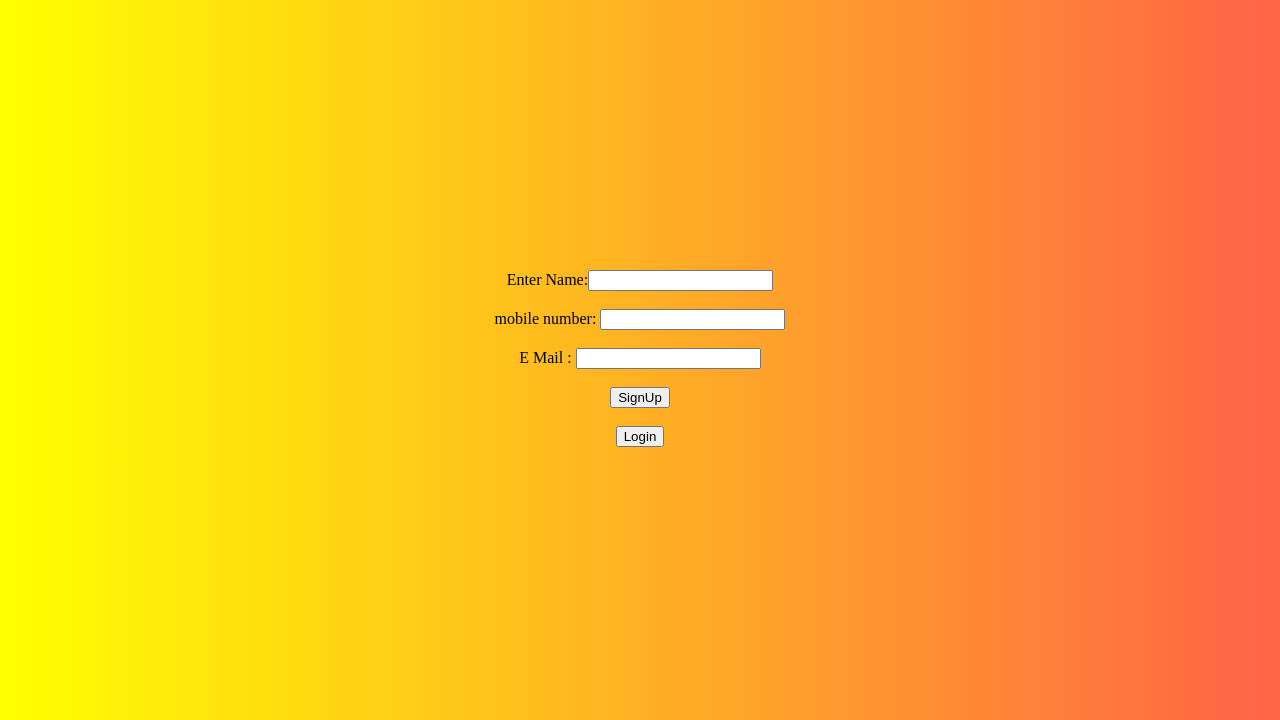
Repository: selvakumar46/Project-Maven
Page: http://localhost/ProjectKFC/Register.jsp
The author's editor kept a copy of each file at every save. The page is drawn from the files as they stood at one save, then again after the next save.
The browser window is 1280 px wide. The pictures show the whole page.
The page is served by Tomcat 9. Nobody is signed in. The application's start-up code is not run. Other server files are loaded and not shown.

Above is the page before, as saved 2022-01-07 03:45:10.

### ProjectKFC/src/main/webapp/Register.jsp
<%@ page language="java" contentType="text/html; charset=ISO-8859-1"
	pageEncoding="ISO-8859-1"%>
<!DOCTYPE html>
<html lang="en">
<head>
<meta charset="UTF-8">
<meta http-equiv="X-UA-Compatible" content="IE=edge">
<meta name="viewport" content="width=device-width, initial-scale=1.0">
<title>Register Kfc</title>
<style>
body {
	background:linear-gradient(to right,yellow,tomato);
}
.container{
	margin-top:270px;
}
</style>
</head>
<body>
	<center>
		<form action="s1" method="post">
			<div class="container">
				<label > Enter Name:</label><input type="text" name="name"
					pattern="[A-Za-z]{3,}" title="Enter Name max three characters"><br>
				<br> <label>mobile number:</label> <input type="text"
					name="mobileNumber" pattern="[6-9][0-9]{9}"
					title="Enter your 10- digit mobile number"><br> <br>
				<label>E Mail</label> : <input type="email" name="mailId"
					pattern="[a-z0-9]+[@][a-z]+[.][a-z]{2,3}"
					title="Enter your mailId In correctly example:kfc@gmail.com"><br>
				<br>

				<button type="submit" value="SignUp">SignUp</button><br><br>



			</div>
		</form>
		<a href="login.jsp"><button type="submit" value="SignUp">Login</button></a>
	</center>
</body>
</html>

After the next save:
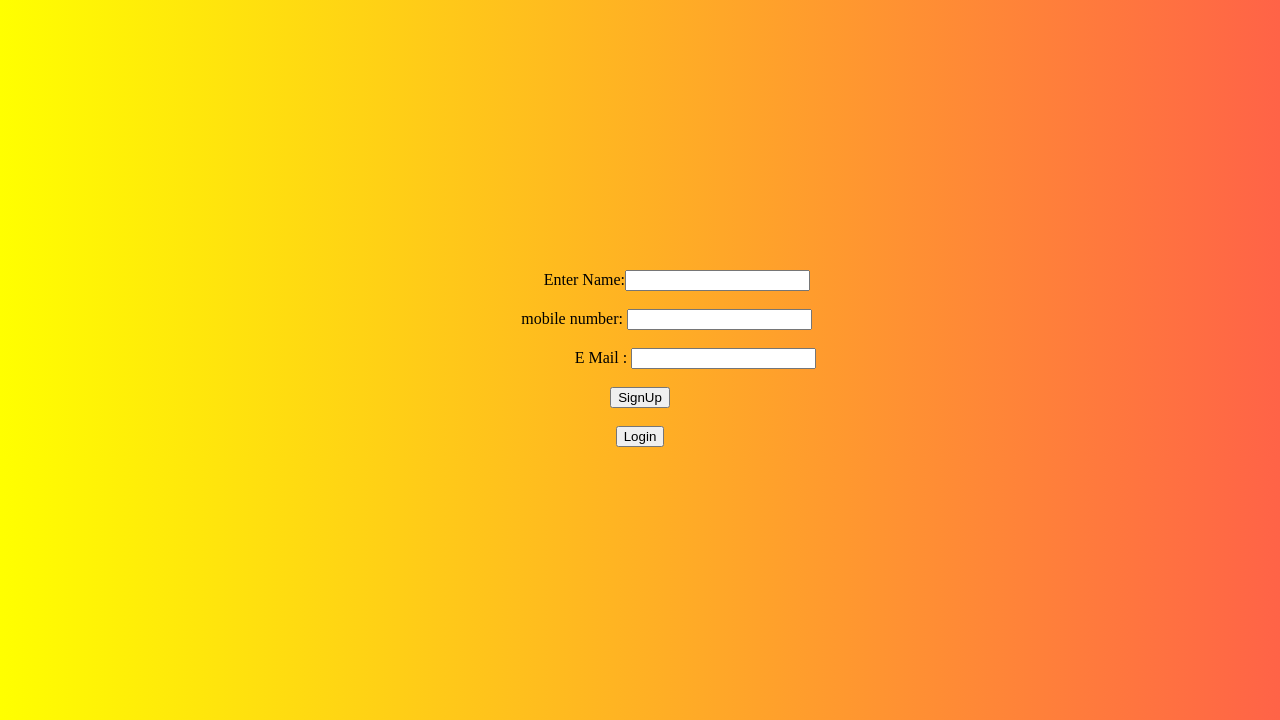
Saved 35 s later.
--- a/ProjectKFC/src/main/webapp/Register.jsp
+++ b/ProjectKFC/src/main/webapp/Register.jsp
@@ -14,6 +14,11 @@ body {
 .container{
 	margin-top:270px;
 }
+label {
+        display: inline-block;
+        width: 155px;
+        text-align: right;
+      }
 </style>
 </head>
 <body>
